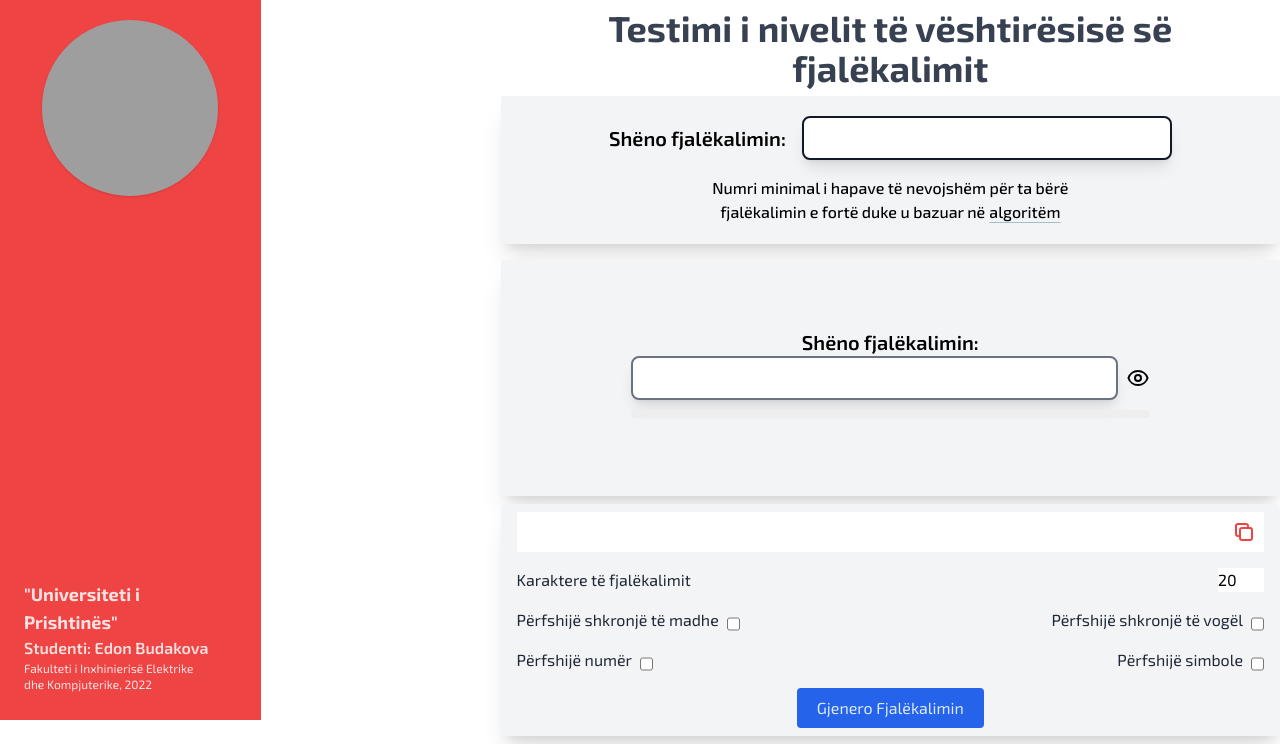
Repository: edonb99/Testing-the-level-of-password-difficulty
Page: /
The author's editor kept a copy of each file at every save. The page is drawn from the files as they stood at one save, then again after the next save.
The browser window is 1280 px wide. The pictures show the whole page.
Pictures or frames that could not be fetched are drawn as grey boxes. The project was rebuilt for these pictures with package versions that can differ from the ones it lists, and the page was loaded fresh each time.

Above is the page before, as saved 2022-03-22 14:39:15.

After the next save:
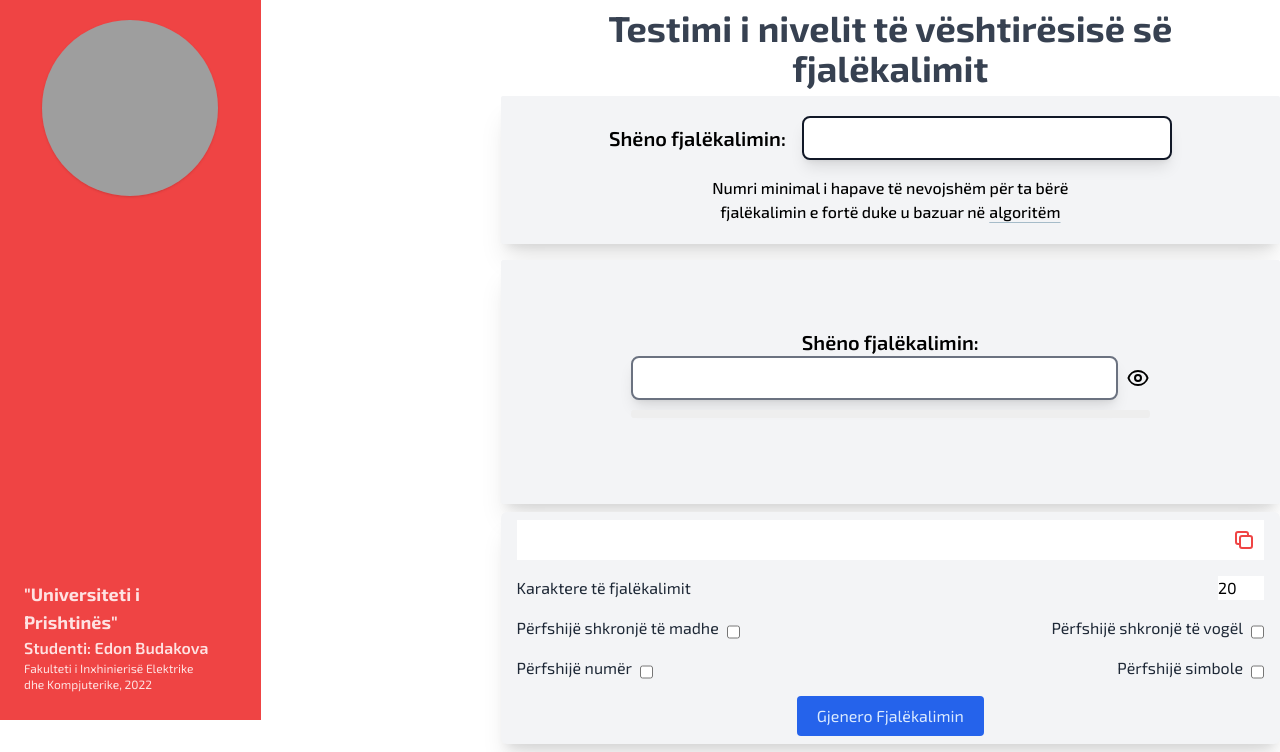
Saved 16 s later.
--- a/src/components/PasswordChecker.jsx
+++ b/src/components/PasswordChecker.jsx
@@ -56,7 +56,7 @@ const PasswordChecker = (props) => {
         max="4"
       />
       <br />
-      <p className="text-base h-14">
+      <p className="h-16 text-base">
         {password && (
           <p
             className={`text-center text-base md:text-xl font-medium password__label strength-${
